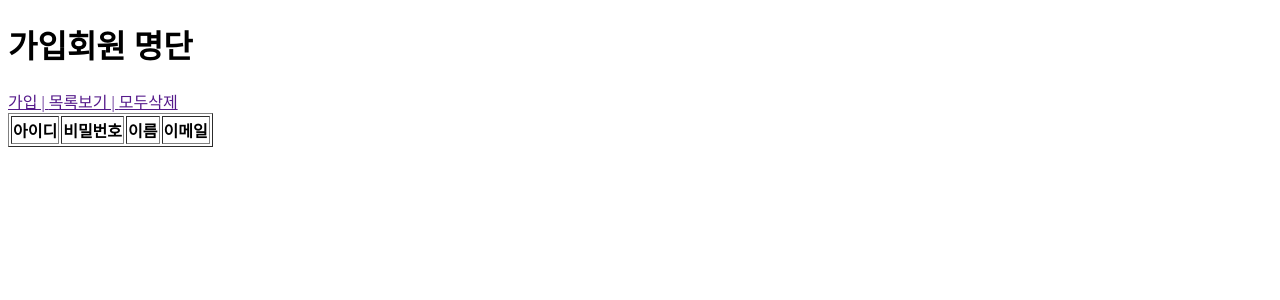
Repository: captainwk/webstudy
Page: http://localhost/a20_8_20/jdbc_select.jsp
These files come from the project's save history. The page is drawn as it stood at one moment and after the next save; the edit follows.
The browser window is 1280 px wide. The pictures show the whole page.
The page is served by Tomcat 9. Other server files are loaded and not shown. Queries for data that is not in the repository find no rows.

Above is the page before, as saved 2020-08-20 03:16:25.

### a20_8_20/WebContent/jdbc_select.jsp

<%@ page language="java" contentType="text/html; charset=UTF-8"
    pageEncoding="UTF-8"%>
<%@ page import="java.sql.*" %>
<!DOCTYPE html>
<html>
<head>
<meta charset="UTF-8">
<title>Insert title here</title>
</head>
<body>
<h1>가입회원 명단</h1>
<a href="">가입 | </a><a href="">목록보기 | </a><a href="">모두삭제</a><br/>
<table border="1">
	<tr>
		<th>아이디</th><th>비밀번호</th><th>이름</th><th>이메일</th>
	</tr>

<%
	String driver="oracle.jdbc.OracleDriver";
	String url = "jdbc:oracle:thin:@127.0.0.1:1521:xe";
	String user = "system";
	String password="123456";
	String sql = "select * from member";
	Connection conn = null;
	Statement stmt = null;
	ResultSet rs = null;

	Class.forName(driver);	//외부에 저장된 class 파일(드라이버클래스)을 현재페이지로 가져옴
	conn = DriverManager.getConnection(url, user, password);
	stmt = conn.createStatement(); //빈문장통;
	rs=stmt.executeQuery(sql);		//executeQuery(sql) --> select문장일때
	while(rs.next()){	//다음레코드


%>
<tr>
	<td><%=rs.getString(1) %></td>
	<td><%=rs.getString(2) %></td>
	<td><%=rs.getString(3) %></td>
	<td><%=rs.getString(4) %></td>

<%
}	//while문 중괄호 닫은 것
%>

</table>


<%-- <%=rs.getString("memberid") %> &nbsp;&nbsp;
<%=rs.getString("password") %>
<%=rs.getString("name") %>
<%=rs.getString("email") %><br/> --%>

</body>
</html>

After the next save:
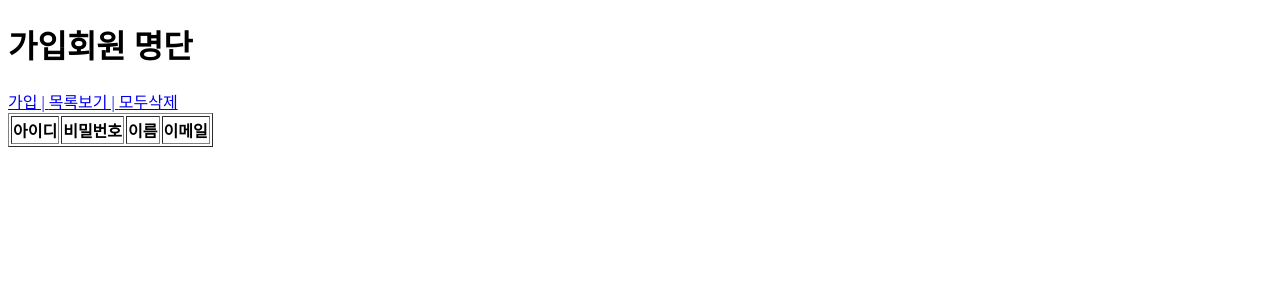
Saved 2 min 28 s later.
--- a/a20_8_20/WebContent/jdbc_select.jsp
+++ b/a20_8_20/WebContent/jdbc_select.jsp
@@ -10,7 +10,7 @@
 </head>
 <body>
 <h1>가입회원 명단</h1>
-<a href="">가입 | </a><a href="">목록보기 | </a><a href="">모두삭제</a><br/>
+<a href="regist.jsp">가입  | </a><a href="jdbc_select.jsp">목록보기  | </a><a href="deleteall.jsp">모두삭제</a><br/>
 <table border="1">
 	<tr>
 		<th>아이디</th><th>비밀번호</th><th>이름</th><th>이메일</th>
